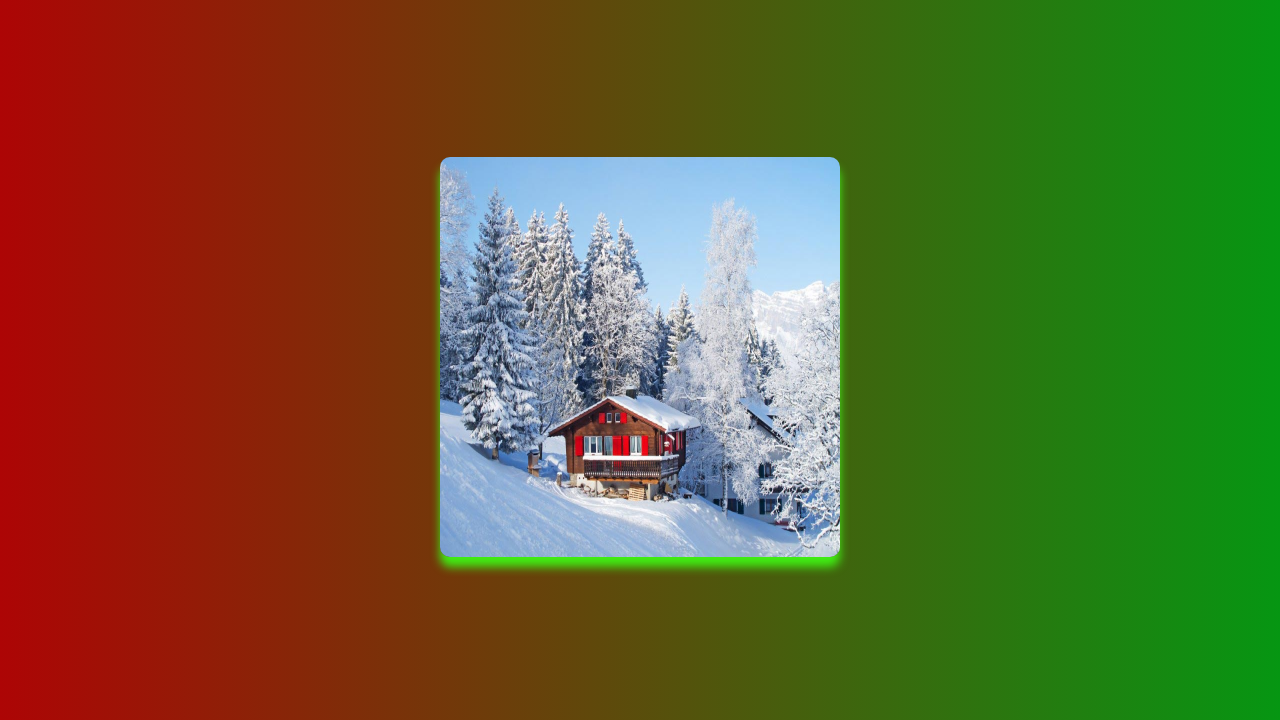
Repository: dev-ashik/Halloween
Page: Reg Page/Index.html
The author's editor kept a copy of each file at every save. The page is drawn from the files as they stood at one save, then again after the next save.
The browser window is 1280 px wide. The pictures show the whole page.

Above is the page before, as saved 2021-12-21 21:48:47.

### Reg Page/Index.html
<!DOCTYPE html>
<html lang="en">

<head>
    <meta charset="UTF-8">
    <meta http-equiv="X-UA-Compatible" content="IE=edge">
    <meta name="viewport" content="width=device-width, initial-scale=1.0">
    <title>Regristration page</title>
    <link rel="stylesheet" href="CSS/main.css">
</head>

<body>
    <div class="con">
        <div class="bann">
            <img src="IMG/banner.jpg" alt="">
        </div>
        <div class="form"></div>
    </div>
</body>
<script src="JS/main.js"></script>

</html>

### Reg Page/CSS/main.css
@import url('https://fonts.googleapis.com/css2?family=Poppins:wght@200;300;400;500;600;700&display=swap');
@import url('https://fonts.googleapis.com/css2?family=Poppins:wght@200;300;400;500;600;700&display=swap');
* {
    margin: 0;
    padding: 0;
    box-sizing: border-box;
    font-family: 'Poppins', sans-serif;
}

html,
body {
    display: grid;
    height: 100vh;
    width: 100%;
    place-items: center;
    background: linear-gradient(to right, #ad0505 0%, #069612 100%);
}

::selection {
    background: #ff80bf;
}

.con .bann img {
    width: 400px;
    height: 400px;
    border-radius: 10px;
    box-shadow: 0 10px 10px #40ee14;
}

Loaded but not shown: Reg Page/JS/main.js (no stored copy; drawn as an empty file)

After the next save:
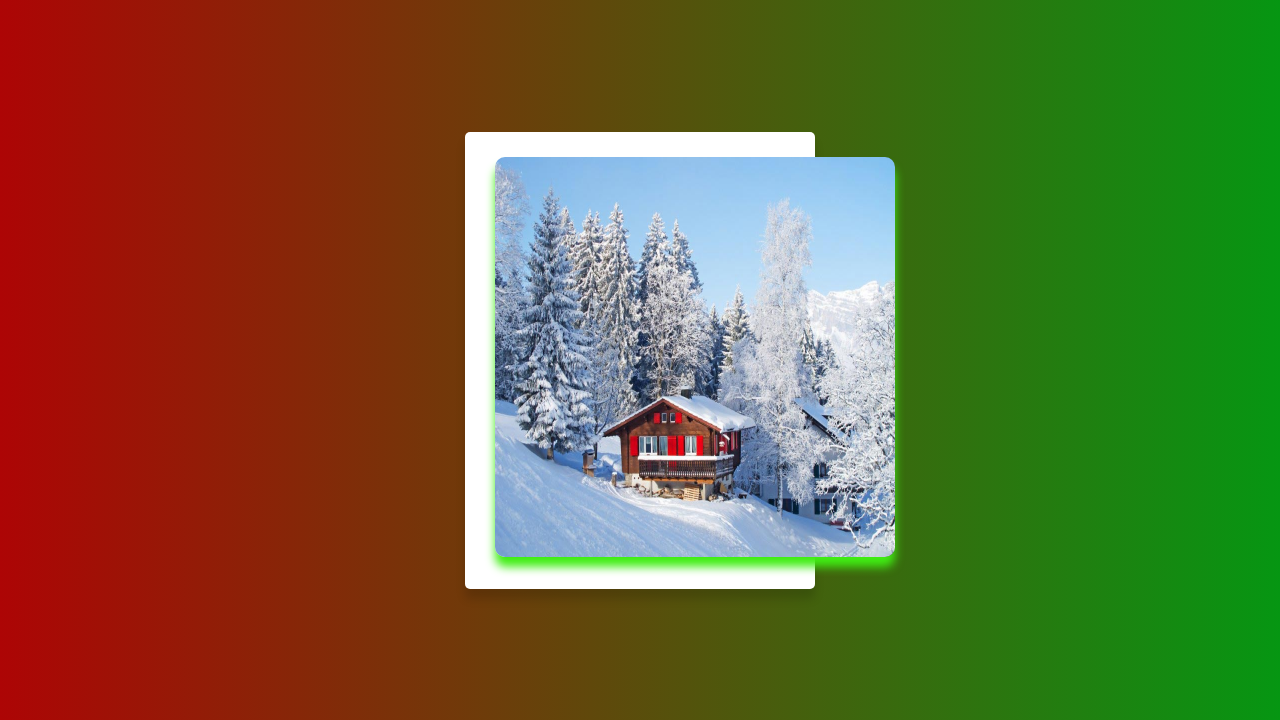
Saved 43 s later.
--- a/Reg Page/CSS/main.css
+++ b/Reg Page/CSS/main.css
@@ -20,6 +20,15 @@ body {
     background: #ff80bf;
 }
 
+.con {
+    background: #fff;
+    max-width: 350px;
+    width: 100%;
+    padding: 25px 30px;
+    border-radius: 5px;
+    box-shadow: 0 10px 10px rgba(0, 0, 0, 0.15);
+}
+
 .con .bann img {
     width: 400px;
     height: 400px;
